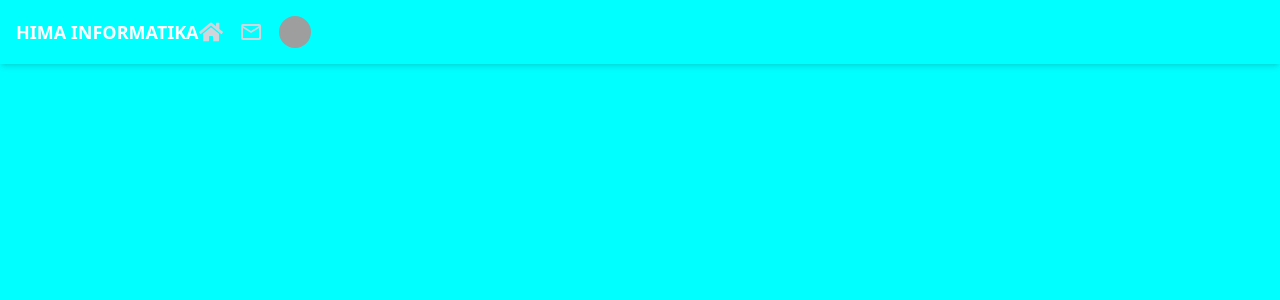
Repository: MUHAMADTEGARWIJAYA/himaif
Page: /
The author's editor kept a copy of each file at every save. The page is drawn from the files as they stood at one save, then again after the next save.
The browser window is 1280 px wide. The pictures show the whole page.
Pictures or frames that could not be fetched are drawn as grey boxes. The project was rebuilt for these pictures with package versions that can differ from the ones it lists, and the page was loaded fresh each time. Also part of the build but not shown: vite.config.js.

Above is the page before, as saved 2024-12-21 10:14:10.

After the next save:
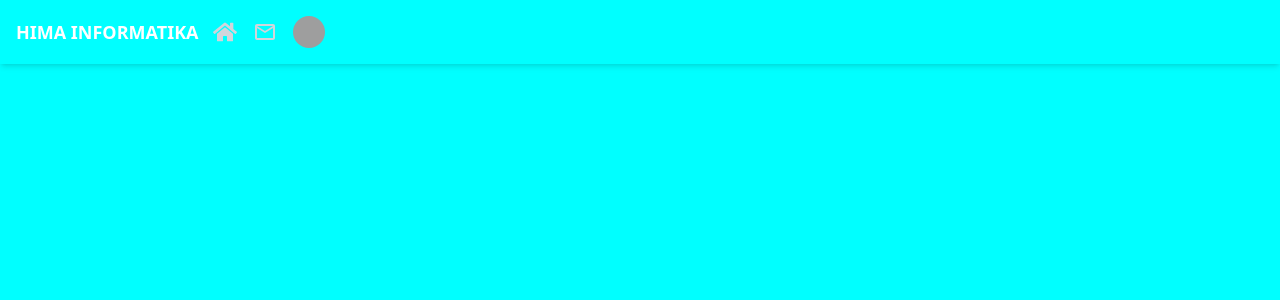
Saved 10 s later.
--- a/src/pages/Navbar.jsx
+++ b/src/pages/Navbar.jsx
@@ -26,7 +26,7 @@ const Navbar = () => {
   return (
     <div className="relative">
       <div
-        className={`flex items-center p-4 bg-transparent space-x-reverse text-white shadow-md transition-transform duration-300 ${
+        className={`flex items-center p-4 bg-transparent space-x-3.5 text-white shadow-md transition-transform duration-300 ${
           isVisible ? "translate-y-0" : "-translate-y-full"
         }`}
       >
